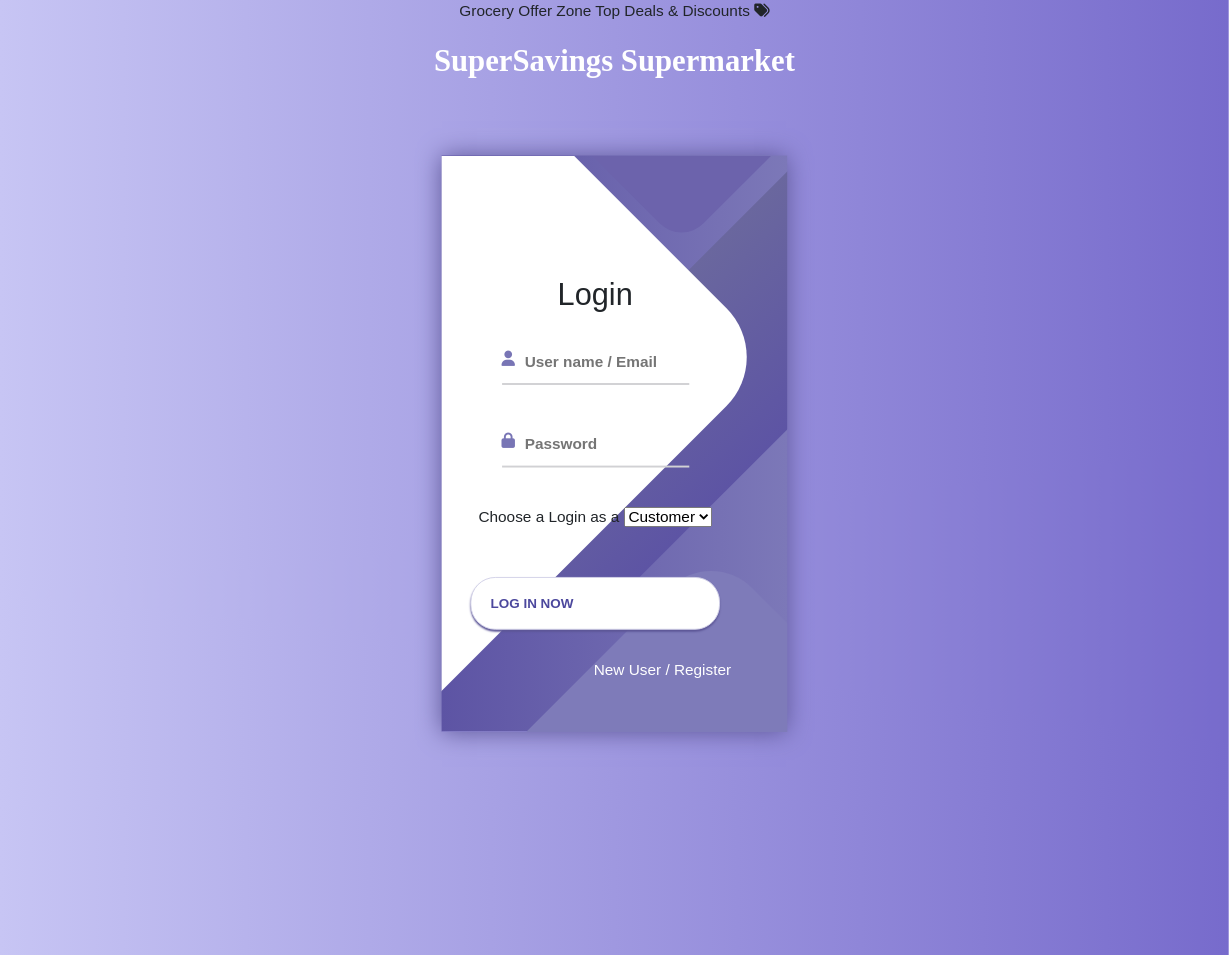
Repository: Raviraj39/SuperSaving-Online-Supermarket-Website
Page: http://localhost/Super_market/Login.jsp
The author's editor kept a copy of each file at every save. The page is drawn from the files as they stood at one save, then again after the next save.
The browser window is 1280 px wide. The pictures show the whole page, at 96% of full size.
Some web fonts or font styles are not loaded; a fallback is used. The page is served by Tomcat 9. Other server files are loaded and not shown.

Above is the page before, as saved 2023-12-26 11:54:37.

### Super_market/src/main/webapp/Login.jsp
<%@ page language="java" contentType="text/html; charset=ISO-8859-1" pageEncoding="ISO-8859-1" %>
	<!DOCTYPE html>
	<html>
	<head>
		<meta charset="ISO-8859-1">
		<title>SuperSaving Supermarket</title>
		<link rel="stylesheet" href="./css/login.css">
		<link rel="stylesheet" href="https://cdnjs.cloudflare.com/ajax/libs/font-awesome/6.5.1/css/all.min.css" integrity="sha512-DTOQO9RWCH3ppGqcWaEA1BIZOC6xxalwEsw9c2QQeAIftl+Vegovlnee1c9QX4TctnWMn13TZye+giMm8e2LwA==" crossorigin="anonymous" referrerpolicy="no-referrer" />
		<link href="https://cdn.jsdelivr.net/npm/bootstrap@5.2.3/dist/css/bootstrap.min.css" rel="stylesheet"
		integrity="sha384-rbsA2VBKQhggwzxH7pPCaAqO46MgnOM80zW1RWuH61DGLwZJEdK2Kadq2F9CUG65" crossorigin="anonymous">
	</head>
	<body>

	<div class="text-center topbar ">
		<p>Grocery Offer Zone Top Deals & Discounts <i class="fa-solid fa-tags"></i></p>
	</div>
	<div class="text-center ">
		<h2 class="fonts">SuperSavings Supermarket </h2>
	</div>






		<div class="container">
			<div class="screen">
				<div class="screen__content">

					<form class="login" action="Servlet1" method="post">
						<div>
						<h2>Login</h2>
						</div>
						<div class="login__field">
							<i class="login__icon fas fa-user"></i>
							<input type="text" class="login__input" name="username" placeholder="User name / Email">
						</div>
						<div class="login__field">
							<i class="login__icon fas fa-lock"></i>
							<input type="password" class="login__input" name="password" placeholder="Password">
						</div>
						<div class="login__field">
							<label for="loginas">Choose a Login as a</label>

							<select name="loginas" id="loginas">
							  <option value="customer">Customer</option>
							  <option value="admin">Admin</option>
							  </select>
						</div>

						<button class="button login__submit" type="submit">
							<span class="button__text" >Log In Now</span>
						</button>

					</form>
					<%
					String msg=request.getParameter("msg");

					if("done".equals(msg)){
				%>

				<p class="alert">login successfully!!!</p>

				<% }%>
				<%
				if("wrong".equals(msg)){
				%>

			<p class="alert">Some thing went wrong! Try Again!</p>

				<% }%>
					<div class="social-login">
						<p><a href="./Register.jsp">New User / Register</a> </p>
					</div>
				</div>
				<div class="screen__background">
					<span class="screen__background__shape screen__background__shape4"></span>
					<span class="screen__background__shape screen__background__shape3"></span>
					<span class="screen__background__shape screen__background__shape2"></span>
					<span class="screen__background__shape screen__background__shape1"></span>
				</div>
			</div>
		</div>
		<script src="https://cdn.jsdelivr.net/npm/@popperjs/core@2.11.6/dist/umd/popper.min.js"
		integrity="sha384-oBqDVmMz9ATKxIep9tiCxS/Z9fNfEXiDAYTujMAeBAsjFuCZSmKbSSUnQlmh/jp3"
		crossorigin="anonymous"></script>
	<script src="https://cdn.jsdelivr.net/npm/bootstrap@5.2.3/dist/js/bootstrap.min.js"
		integrity="sha384-cuYeSxntonz0PPNlHhBs68uyIAVpIIOZZ5JqeqvYYIcEL727kskC66kF92t6Xl2V"
		crossorigin="anonymous"></script>

	</body>
	</html>

### Super_market/src/main/webapp/css/login.css
@import url('https://fonts.googleapis.com/css?family=Raleway:400,700');

* {
	box-sizing: border-box;
	margin: 0;
	padding: 0;
	font-family: Raleway, sans-serif;
}

body {
	background: linear-gradient(90deg, #C7C5F4, #776BCC);
}




.container {
	display: flex;
	justify-content:center;
	flex-direction: row;
	margin:20px auto;
	text-align: center;
	width: 100%;
	min-height: 100vh;
}
.fonts{
	font-size: 2em;
	font-weight: 700;
	color: #fff;
	font-family: fonts;
	margin-top: 20px;
}
.container {
	display: flex;
	align-items: center;
	justify-content: center;
	min-height: 100vh;
}

.screen {
	background: linear-gradient(90deg, #5D54A4, #7C78B8);
	position: relative;
	height: 600px;
	width: 360px;
	box-shadow: 0px 0px 24px #5C5696;
}

.screen__content {
	z-index: 1;
	position: relative;
	height: 100%;
}

.screen__background {
	position: absolute;
	top: 0;
	left: 0;
	right: 0;
	bottom: 0;
	z-index: 0;
	-webkit-clip-path: inset(0 0 0 0);
	clip-path: inset(0 0 0 0);
}

.screen__background__shape {
	transform: rotate(45deg);
	position: absolute;
}

.screen__background__shape1 {
	height: 520px;
	width: 520px;
	background: #FFF;
	top: -50px;
	right: 120px;
	border-radius: 0 72px 0 0;
}

.screen__background__shape2 {
	height: 220px;
	width: 220px;
	background: #6C63AC;
	top: -172px;
	right: 0;
	border-radius: 32px;
}

.screen__background__shape3 {
	height: 540px;
	width: 190px;
	background: linear-gradient(270deg, #5D54A4, #6A679E);
	top: -24px;
	right: 0;
	border-radius: 32px;
}

.screen__background__shape4 {
	height: 400px;
	width: 200px;
	background: #7E7BB9;
	top: 420px;
	right: 50px;
	border-radius: 60px;
}

.login {
	width: 320px;
	padding: 30px;
	padding-top: 126px;

}

.login__field {
	padding: 20px 0px;
	position: relative;
}

.login__icon {
	position: absolute;
	top: 30px;
	color: #7875B5;
}

.login__input {
	border: none;
	border-bottom: 2px solid #D1D1D4;
	background: none;
	padding: 10px;
	padding-left: 24px;
	font-weight: 700;
	width: 75%;
	transition: .2s;
}

.login__input:active,
.login__input:focus,
.login__input:hover {
	outline: none;
	border-bottom-color: #6A679E;
}

.login__submit {
	background: #fff;
	font-size: 14px;
	margin-top: 30px;
	padding: 16px 20px;
	border-radius: 26px;
	border: 1px solid #D4D3E8;
	text-transform: uppercase;
	font-weight: 700;
	display: flex;
	align-items: center;
	width: 100%;
	color: #4C489D;
	box-shadow: 0px 2px 2px #5C5696;
	cursor: pointer;
	transition: .2s;
}

.login__submit:active,
.login__submit:focus,
.login__submit:hover {
	border-color: #6A679E;
	outline: none;
}

.button__icon {
	font-size: 24px;
	margin-left: auto;
	color: #7875B5;
}

.social-login {
	text-align: center;
	margin-left: 100px;
	color: #fff;
}

.social-login p a{
	text-decoration:none;
	color: #fff;

}

After the next save:
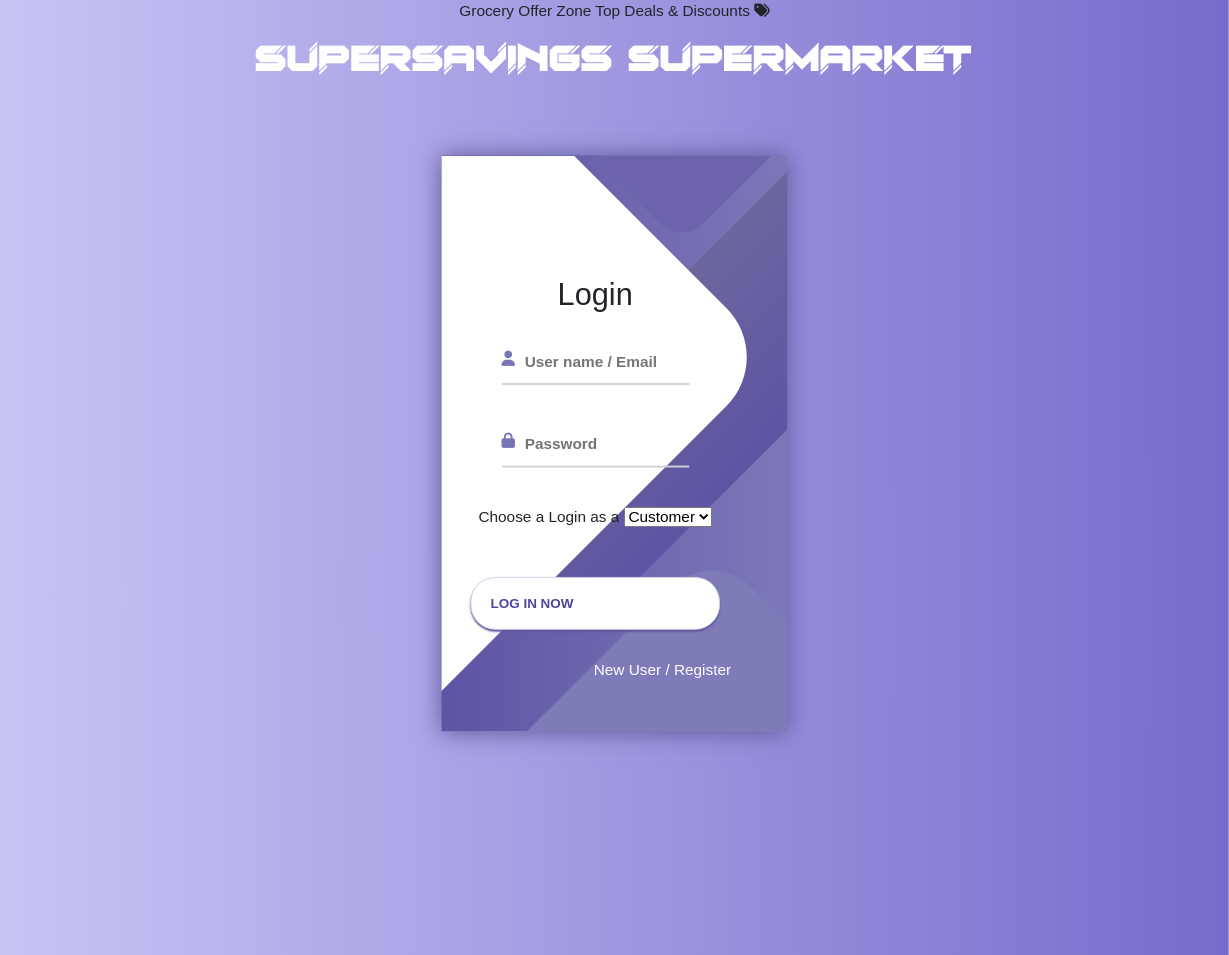
Saved 15 s later.
--- a/Super_market/src/main/webapp/css/login.css
+++ b/Super_market/src/main/webapp/css/login.css
@@ -7,6 +7,12 @@
 	font-family: Raleway, sans-serif;
 }
 
+
+
+@font-face {
+	font-family: fonts;
+	src: url(../fonts/moto-verse.otf);
+}
 body {
 	background: linear-gradient(90deg, #C7C5F4, #776BCC);
 }
